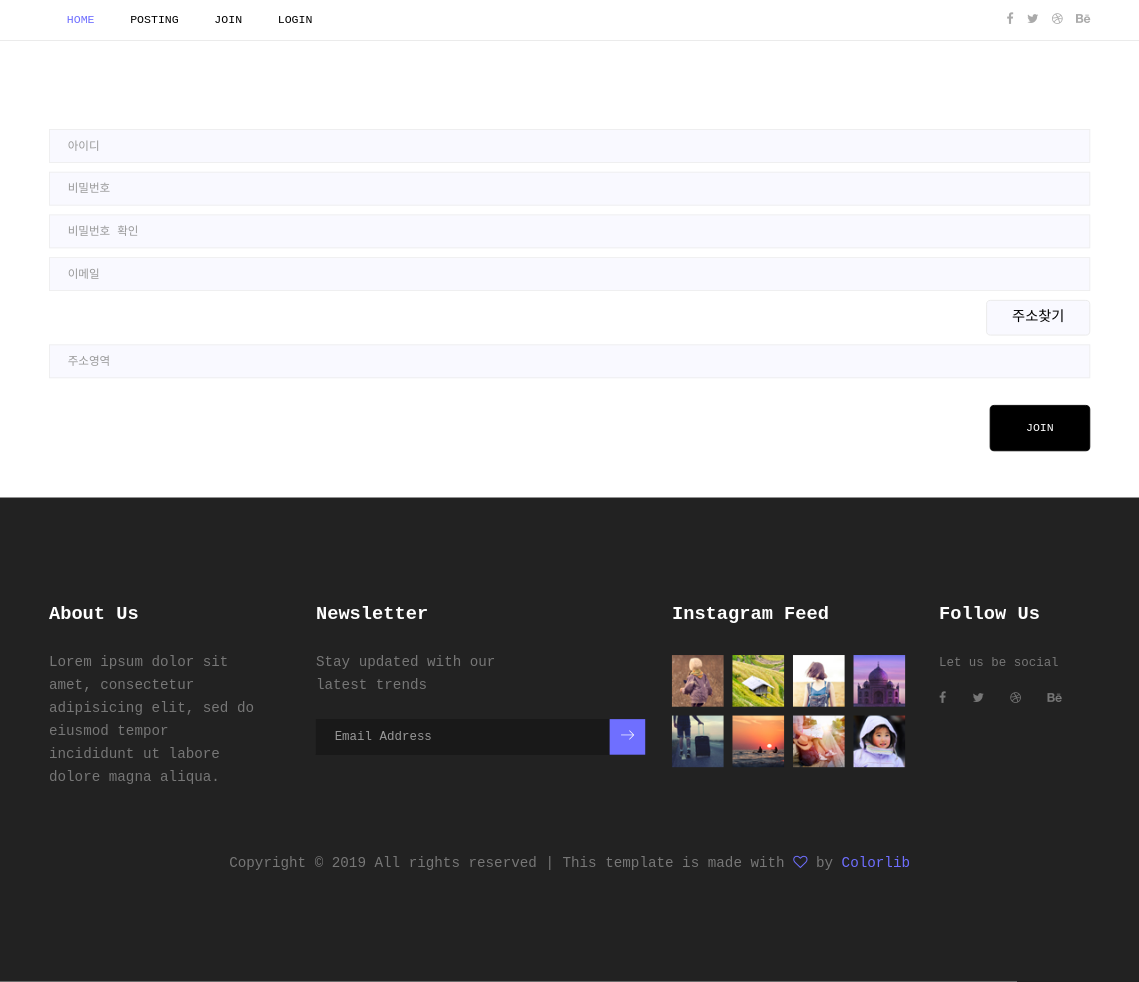
Repository: heonyKim/JSP
Page: http://localhost/blog/user/join.jsp
An editor plug-in stored every save of this project. The page is shown before and after the next save, followed by the edit.
The browser window is 1280 px wide. The pictures show the whole page, at 89% of full size.
Some web fonts or font styles are not loaded; a fallback is used. The page is served by Tomcat 9.

Above is the page before, as saved 2019-11-05 03:50:13.

After the next save:
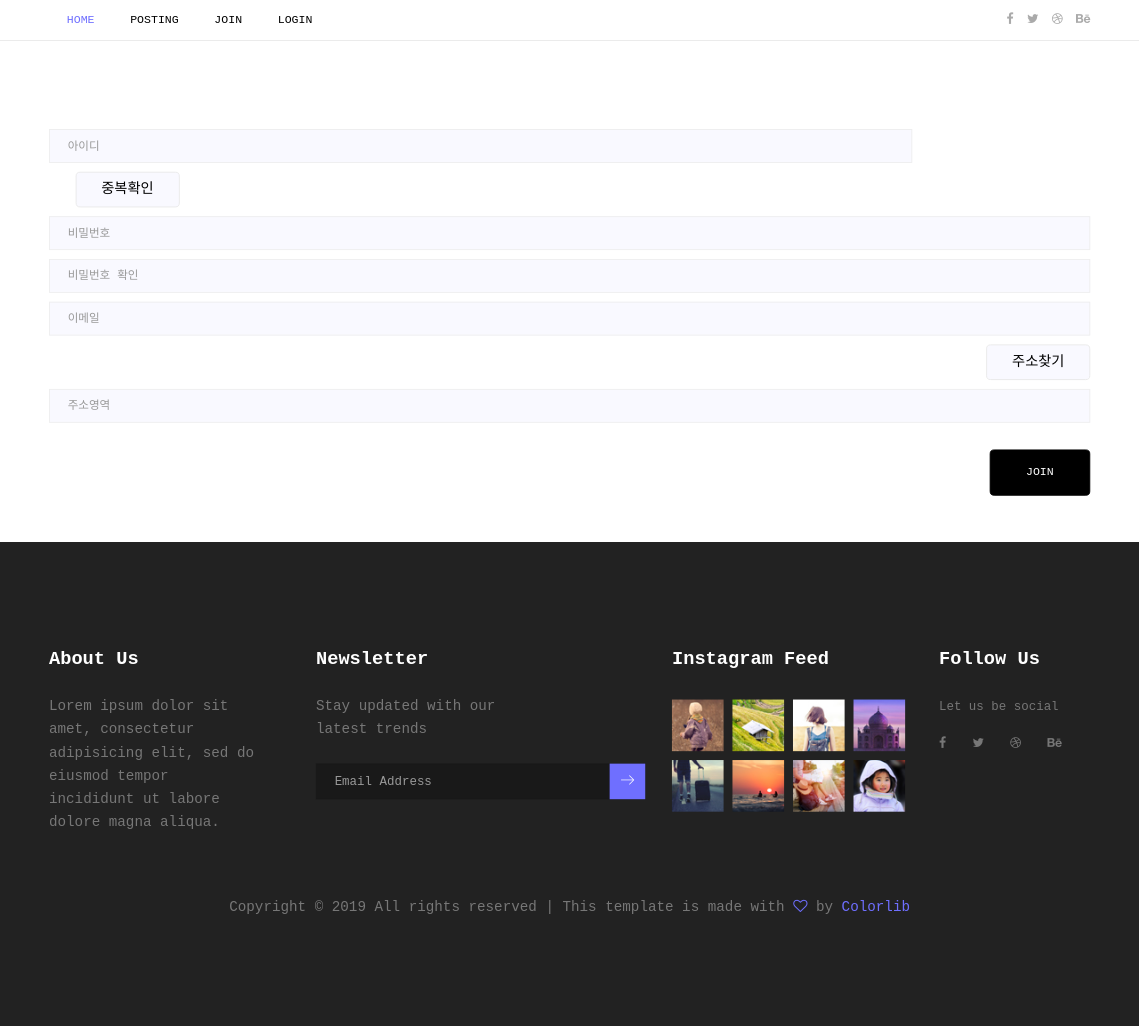
Console error (its wording comes from the project's code and is left out).
Saved 3 h 33 min later.
--- a/blog_project/blog/WebContent/user/join.jsp
+++ b/blog_project/blog/WebContent/user/join.jsp
@@ -12,9 +12,16 @@
 
 			<div class="col-lg-12">
 				<form class="row contact_form" action="/blog/user?cmd=join" method="POST" id="contactForm" onsubmit="return validateCheck()">
-					<div class="col-md-12">
+					<div class="col-md-10">
 						<div class="form-group">
 							<input type="text" class="form-control" name="username" required="required" placeholder="아이디" maxlength="20">
+						</div>
+
+						<div class="col-md-2">
+							<div class="form-group float-right">
+								<a class="blog_btn" href="#" onClick="#">중복확인</a>
+							</div>
+
 						</div>
 					</div>
 
